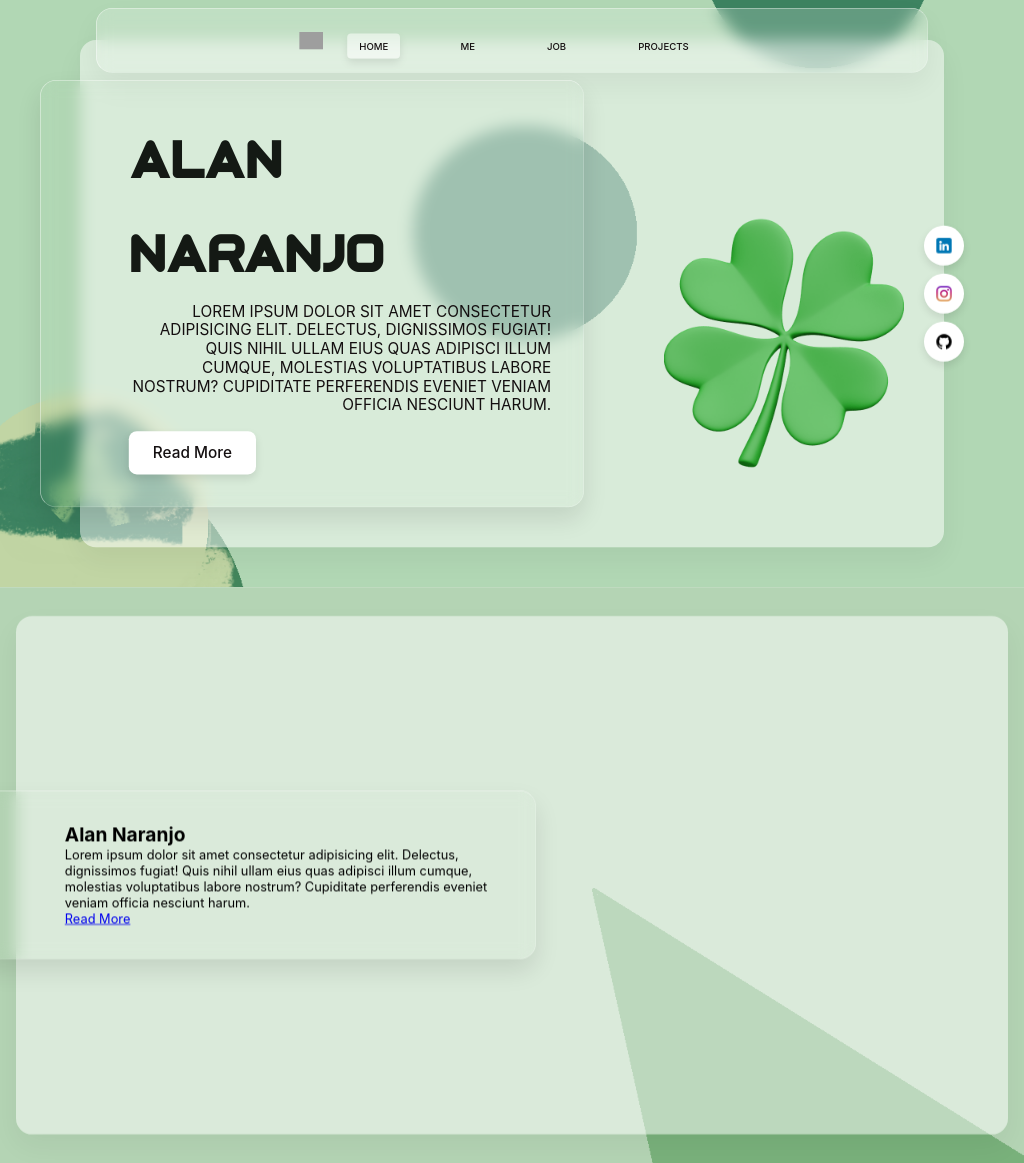
Repository: L-A-M-J-O/Me-sitio-Web
Page: / (app in my-project/)
These files come from the project's save history. The page is drawn as it stood at one moment and after a run of saves; the edit follows.
The browser window is 1280 px wide. The pictures show the whole page, at 80% of full size.
Pictures or frames that could not be fetched are drawn as grey boxes. Backgrounds fixed to the window are drawn as part of the page. The project was rebuilt for these pictures with package versions that can differ from the ones it lists, and the page was loaded fresh each time.

Above is the page before, as saved 2022-09-20 16:02:04.

After the next 3 saves:
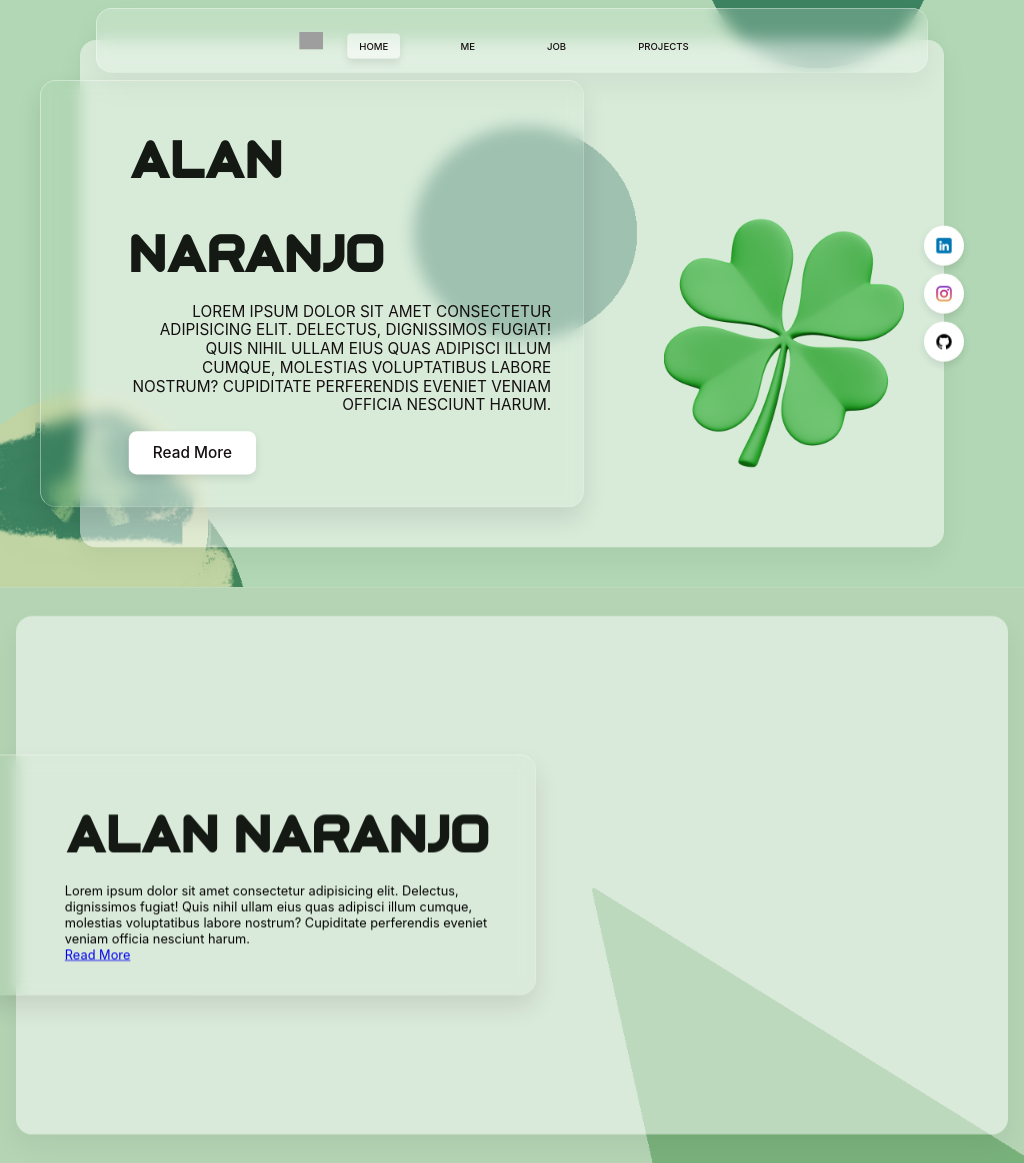
The 3 saves are shown as one change because they came seconds apart.
The last was saved 17 s later.
--- a/my-project/src/components/Me/Me.css
+++ b/my-project/src/components/Me/Me.css
@@ -33,7 +33,7 @@
     padding: 40px;
     padding-left: 110px;
 }
-.content h2 {
+.content-me h2 {
     font-family: Osiris;
     font-size: 4rem;
     line-height: 1.85;
